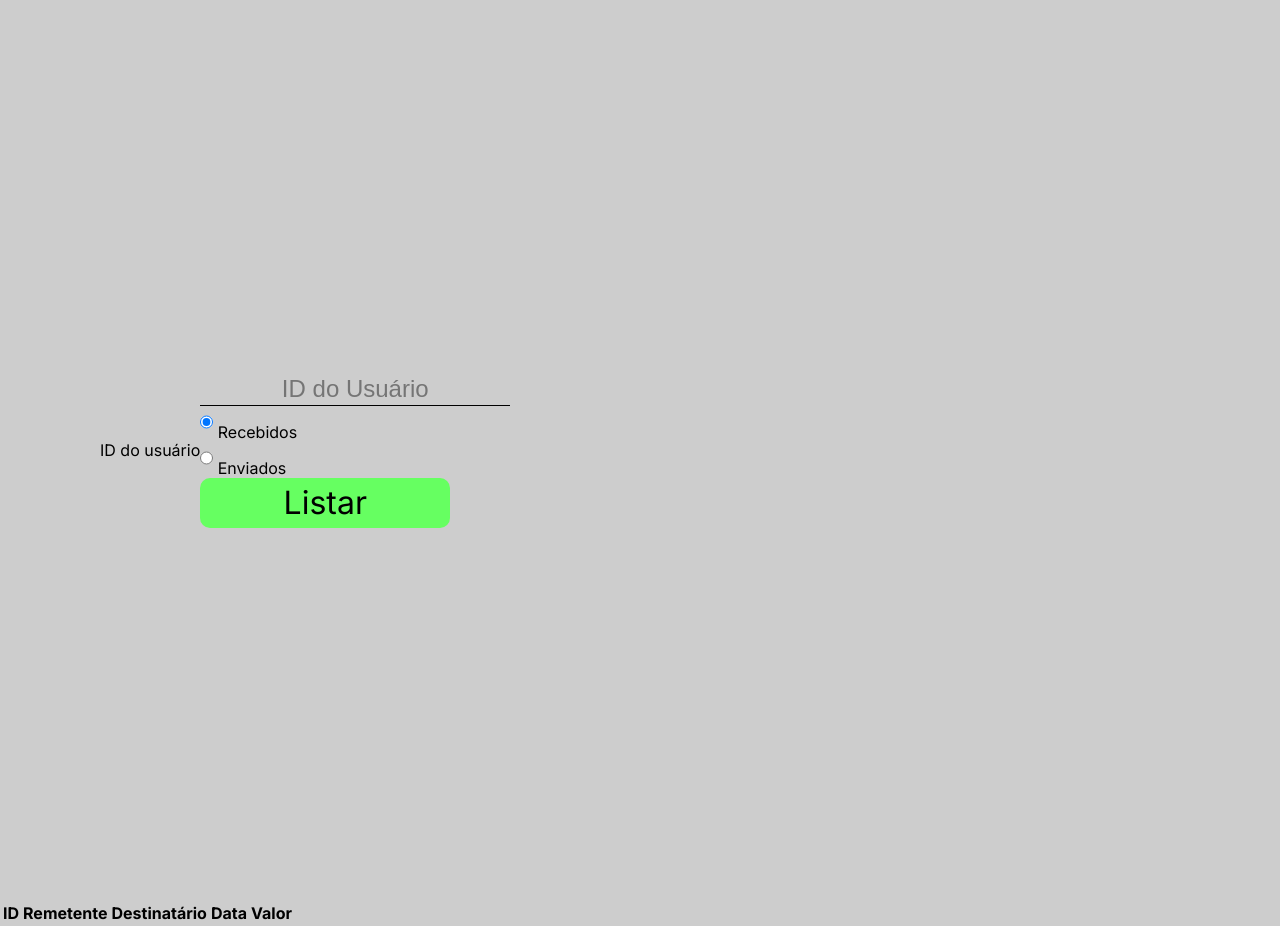
Repository: mateusilva8/tarefa-pix
Page: frontend/index.html
These files come from the project's save history. The page is drawn as it stood at one moment and after the next save; the edit follows.
The browser window is 1280 px wide. The pictures show the whole page.

Above is the page before, as saved 2023-10-22 14:40:55.

After the next save:
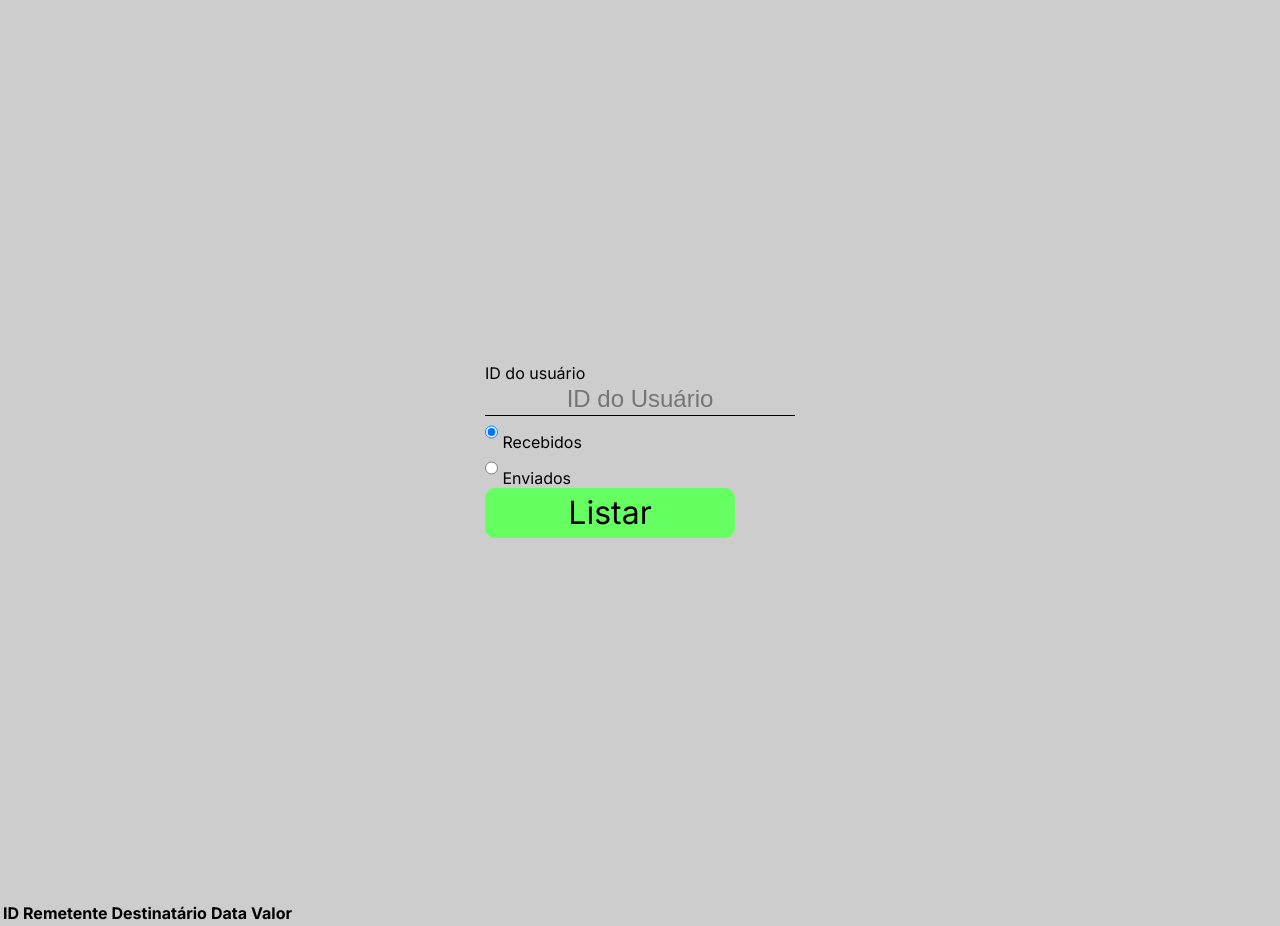
Saved 27 s later.
--- a/frontend/css/index.css
+++ b/frontend/css/index.css
@@ -15,19 +15,9 @@ body {
     align-items: center;
 }
 
-.formulario {
-    width: 100%;
-    display: flex;
-    flex-direction: row;
-    align-items: center;
-}
 
-.formulario form {
-    width: 500px;
-    display: flex;
-    flex-direction: column;
-    align-items: center;
-}
+
+
 
 .mb-3 {
     display: flex;
